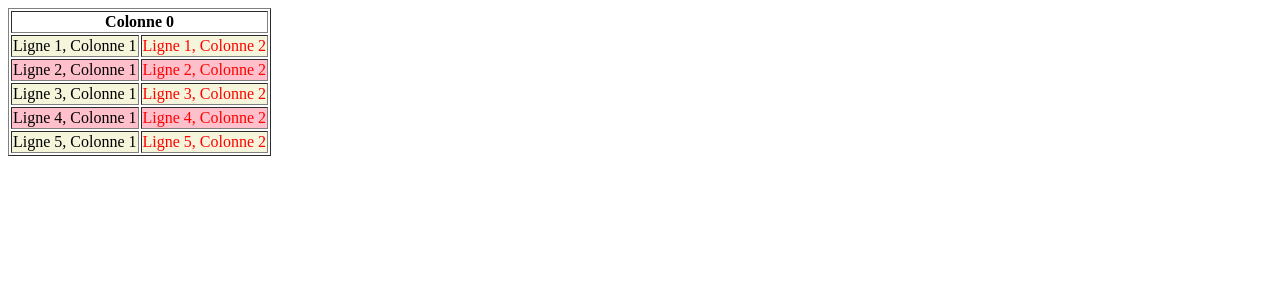
Repository: Chaimaa482/web-tp4
Page: ex1.html
These files come from the project's save history. The page is drawn as it stood at one moment and after the next save; the edit follows.
The browser window is 1280 px wide. The pictures show the whole page.

Above is the page before, as saved 2023-10-22 16:30:43.
Console error: TypeError: Cannot read properties of undefined (reading 'style')

After the next save:
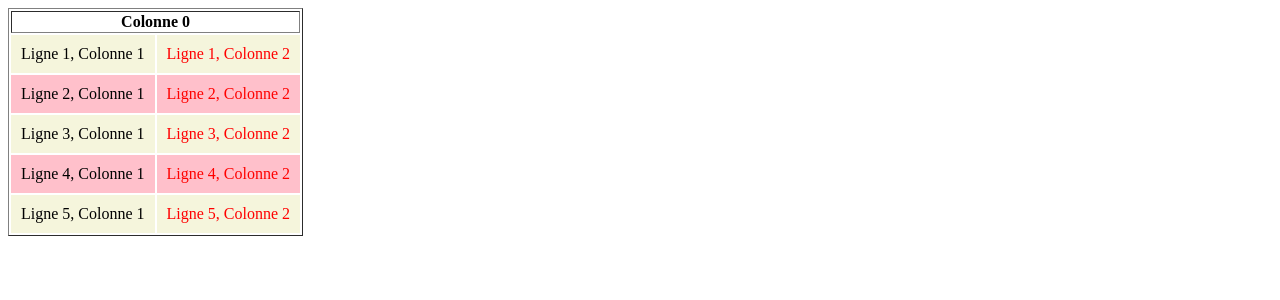
The error is gone.
Saved 5 s later.
--- a/ex1.html
+++ b/ex1.html
@@ -59,7 +59,7 @@
 
 
         //delete bordure
-        row[1].style.border = "none";
+        //row[1].style.border = "none";
         for (var i = 0; i < cells.length; i++) {
             cells[i].style.border = "none";
             cells[i].style.padding='10px'
